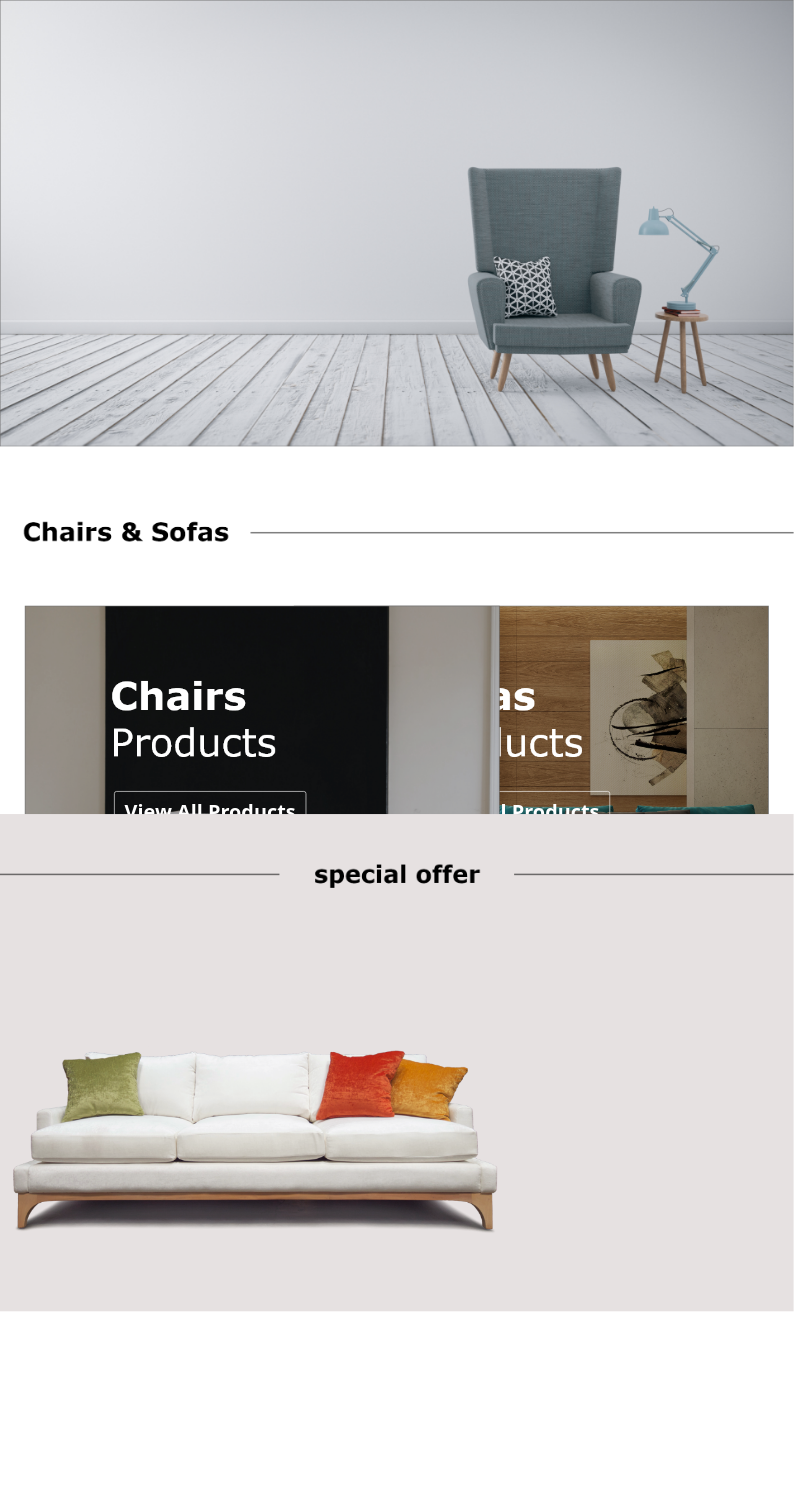
Repository: MEROO1010/creative_home
Page: /
These files come from the project's save history. The page is drawn as it stood at one moment and after a run of saves; the edit follows.
The browser window is 1280 px wide. The pictures show the whole page, at 62% of full size.
The project was rebuilt for these pictures with package versions that can differ from the ones it lists, and the page was loaded fresh each time. The framework's server and built-in components were replaced by stand-ins that run in the browser. Also part of the build but not shown: next.config.js.

Above is the page before, as saved 2022-12-11 10:16:41.

### pages/_app.tsx
import '../styles/globals.css'
import type { AppProps } from 'next/app'

export default function App({ Component, pageProps }: AppProps) {
  return <Component {...pageProps} />


}

### pages/index.tsx
import styles from '../styles/Home.module.css'
import Firstsection from '../components/Firstsection'
import Chair_Sofa from '../components/Chair_Sofa'
import SpecialOffer from '../components/SpecialOffer'



export default function Home() {
  return (
    <div>

    <div>
      <Firstsection/>

      <Chair_Sofa/>

      <div  >
      <SpecialOffer/>
      </div>



    </div>



    </div>

  )
}

### components/Firstsection.tsx
import React from 'react'
import Image from 'next/image'
import first_img from '../assets/images/first_img.png'


const firstsection = () => {
  return (
    <div>
      <Image src={first_img} alt={''}/>
    </div>
  )
}

export default firstsection

### components/Chair_Sofa.tsx
import React from 'react'
import Image from 'next/image'

import Title1 from '../assets/images/title1.png'
import righBtn from '../assets/images/btn-r.png'
import leftBtn from '../assets/images/btn-l.png'




const Chair_Sofa = () => {
  return (
    <div className='py-4'>
     <div className='my-20 py-4'>
     <Image src={Title1} alt={''}/>
     </div>

     <div className=" absolute   	 right-10	     ">
      <Image src={righBtn} alt={''}/>
      <div className="absolute bottom-60   left-40 mx-10 my-28 bg-transparent hover:bg-gray-500 text-white  text-[32px] font-semibold hover:text-white py-2 px-4 border border-white hover:border-transparent rounded w-394 h-82   "><button>View All Products</button></div>
     </div>

     <div className=" absolute left-10  ">
      <Image src={leftBtn} alt={''}/>
      <div className="absolute bottom-60   left-20 mx-16 my-28 bg-transparent hover:bg-gray-500 text-white  text-[32px] font-semibold hover:text-white py-2 px-4 border border-white hover:border-transparent rounded w-394 h-82   "><button>View All Products</button></div>
     </div>

      <div>

      </div>

   </div>
  )
}

export default Chair_Sofa

### components/SpecialOffer.tsx
import React from 'react'
import Image from 'next/image'
import specialOffer from '../assets/images/specialOffer.png'
import sofa2 from '../assets/images/sofa2.png'



const SpecialOffer = () => {
  return (
    <div className="relative bg-[#E6E1E1]  py-10   px-100 my-80  top-100    ">
        <div className='py-4 my-4 top-10'>
          <Image src={specialOffer} alt=''/>

         </div>

         <div>
          <Image src={sofa2} alt=''/>

         </div>
    </div>
  )
}

export default SpecialOffer

### tailwind.config.js
/** @type {import('tailwindcss').Config} */
module.exports = {
  content: [
    "./pages/**/*.{js,ts,jsx,tsx}",
    "./components/**/*.{js,ts,jsx,tsx}",
  ],
  theme: {

    extend: {},
  },
  plugins: [],
}

Loaded but not shown: styles/globals.css (common file)

After the next 2 saves:
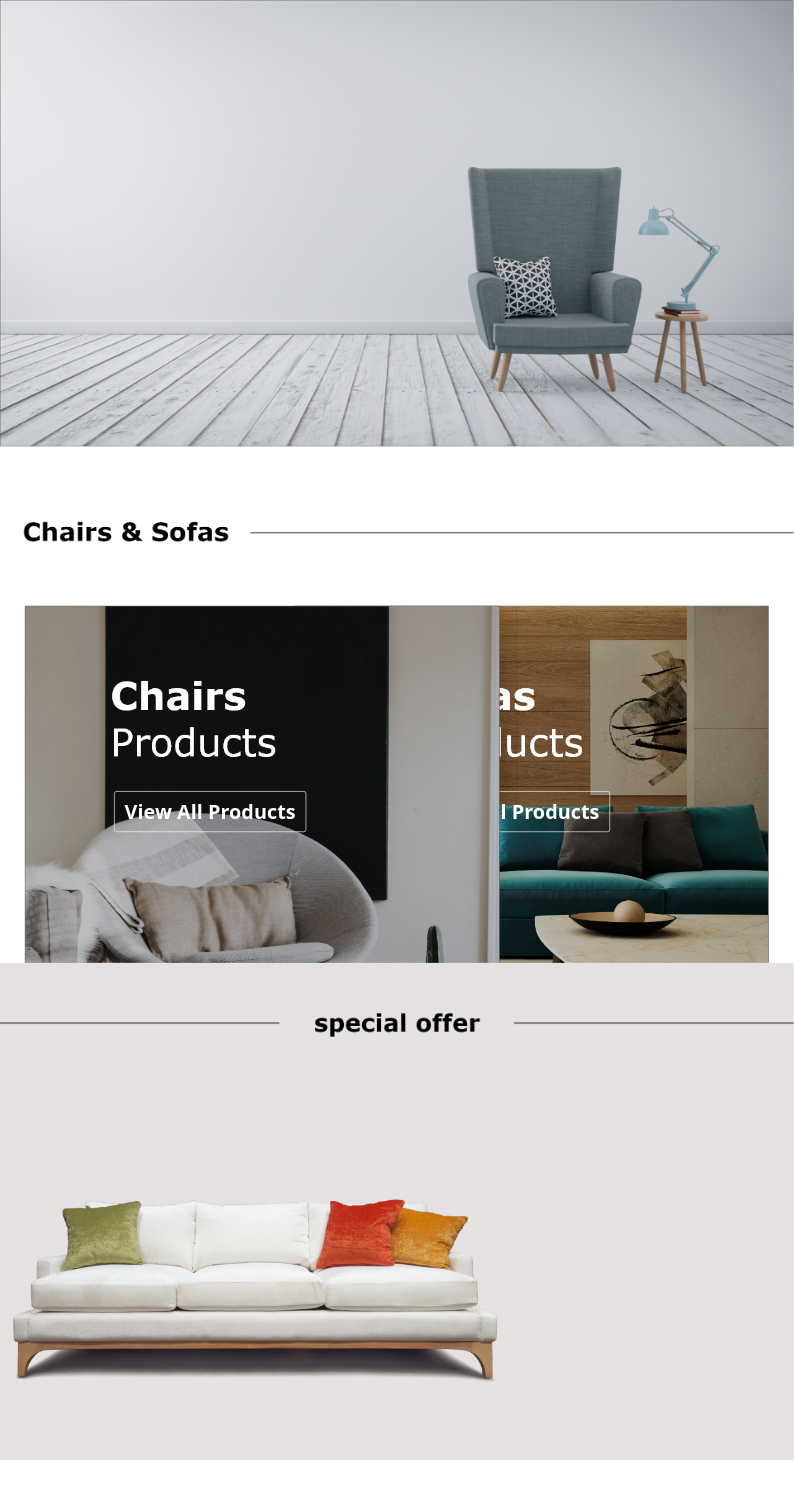
The 2 saves are shown as one change because they came seconds apart.
The last was saved 7 s later.
--- a/components/SpecialOffer.tsx
+++ b/components/SpecialOffer.tsx
@@ -7,7 +7,7 @@ import sofa2 from '../assets/images/sofa2.png'
 
 const SpecialOffer = () => {
   return (
-    <div className="relative bg-[#E6E1E1]  py-10   px-100 my-80  top-100    ">
+    <div className="relative bg-[#E6E1E1]  py-10   px-100 my-80  top-60    ">
         <div className='py-4 my-4 top-10'>
           <Image src={specialOffer} alt=''/>
 
